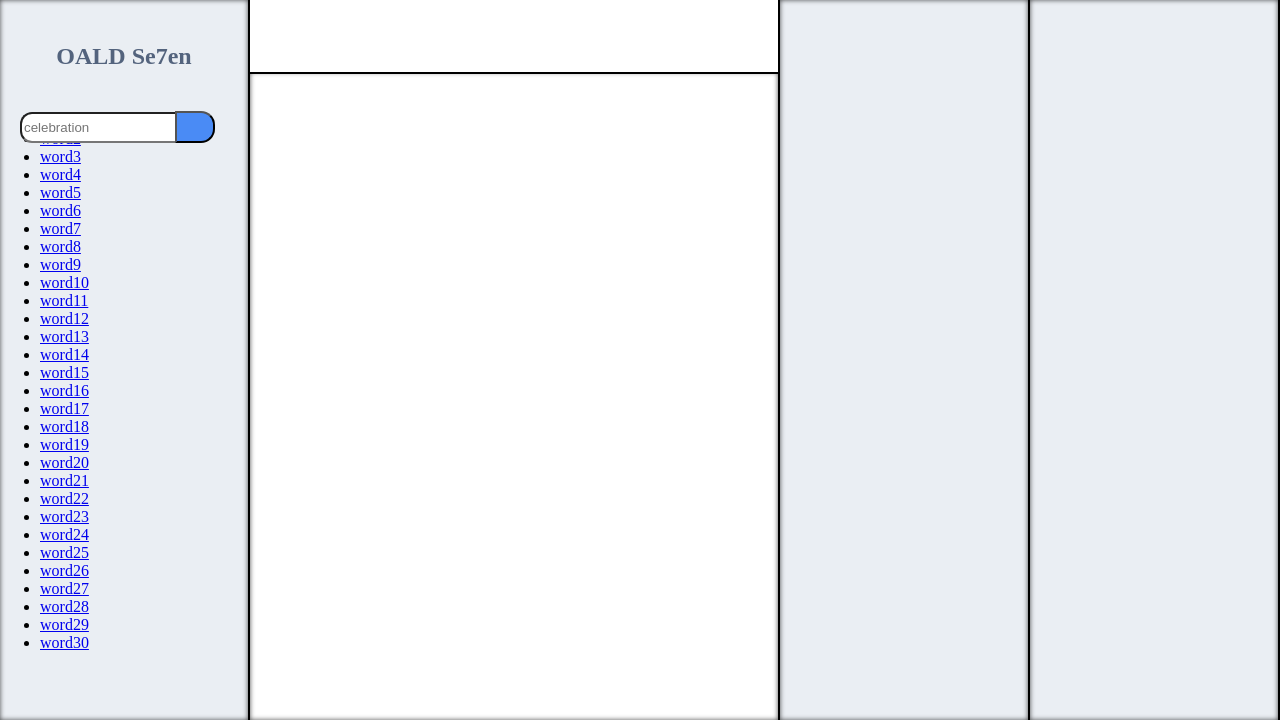
Repository: JJianZ/miao
Page: a.html
An editor plug-in stored every save of this project. The page is shown before and after the next save, followed by the edit.
The browser window is 1280 px wide. The pictures show the whole page.
An inner scrolling area shows only its first screen.

Above is the page before, as saved 2021-11-23 10:44:09.

### a.html
<!DOCTYPE html>
<html lang="en">
<head>
  <meta charset="UTF-8">
  <meta http-equiv="X-UA-Compatible" content="IE=edge">
  <meta name="viewport" content="width=device-width, initial-scale=1.0">
  <title>Document</title>
  <style>
    html,body {
      margin: 0;
      padding: 0;
      height: 100%;
    }

    div {
      /* width: 100%; */
      height: 100%;
      position: relative;
      min-width: 300px;
      overflow: auto;
    }
    div > * {
      box-shadow:0px 0px 5px rgba(0,0,0,0.7) inset;
    }
    aside {
      position: absolute;
      width: 250px;
      height: 100%;
      background-color: #eaeef3;
      border-right: black 2px solid;
      box-sizing: border-box;
    }
    h2 {
      position: relative;
      height: 72px;
      line-height: 72px;
      color: #53637d;
    }
    .first h2 {
      text-align: center;
    }
    .first input {
      position: absolute;
      height: 25px;
      width: 150px;
      left: 20px;
      border-radius: 12px 0  0  12px;
    }
    .first button {
      position: absolute;
      background-color: #4a8bf5;
      height: 32px;
      width: 40px;
      top: 111px;
      left: 175px;
      border-radius: 0 14px 14px 0;
    }

    header {
      position: absolute;
      left: 250px;
      height: 72px;
      right: 500px;
      line-height: 720px;
      border-bottom: black 2px solid;
      border-right: black 2px solid;
      box-shadow: none;
    }
    main {
      position: absolute;
      top: 72px;
      left: 250px;
      right: 500px;
      bottom: 0;
      border-right: black 2px solid;

    }
    .second {
      right: 250px;
    }
    .third {
      right: 0px;
    }
  </style>
</head>
<body>
  <div>
    <aside class="first">
      <h2>OALD Se7en</h2>
      <input type="text" placeholder="celebration">
      <button></button>
      <ul>
        <li><a href="#">word1</a></li>
        <li><a href="#">word2</a></li>
        <li><a href="#">word3</a></li>
        <li><a href="#">word4</a></li>
        <li><a href="#">word5</a></li>
        <li><a href="#">word6</a></li>
        <li><a href="#">word7</a></li>
        <li><a href="#">word8</a></li>
        <li><a href="#">word9</a></li>
        <li><a href="#">word10</a></li>
        <li><a href="#">word11</a></li>
        <li><a href="#">word12</a></li>
        <li><a href="#">word13</a></li>
        <li><a href="#">word14</a></li>
        <li><a href="#">word15</a></li>
        <li><a href="#">word16</a></li>
        <li><a href="#">word17</a></li>
        <li><a href="#">word18</a></li>
        <li><a href="#">word19</a></li>
        <li><a href="#">word20</a></li>
        <li><a href="#">word21</a></li>
        <li><a href="#">word22</a></li>
        <li><a href="#">word23</a></li>
        <li><a href="#">word24</a></li>
        <li><a href="#">word25</a></li>
        <li><a href="#">word26</a></li>
        <li><a href="#">word27</a></li>
        <li><a href="#">word28</a></li>
        <li><a href="#">word29</a></li>
        <li><a href="#">word30</a></li>
      </ul>
    </aside>
    <header></header>
    <main></main>
    <aside class="second"></aside>
    <aside class="third"></aside>
  </div>
</body>
</html>

After the next save:
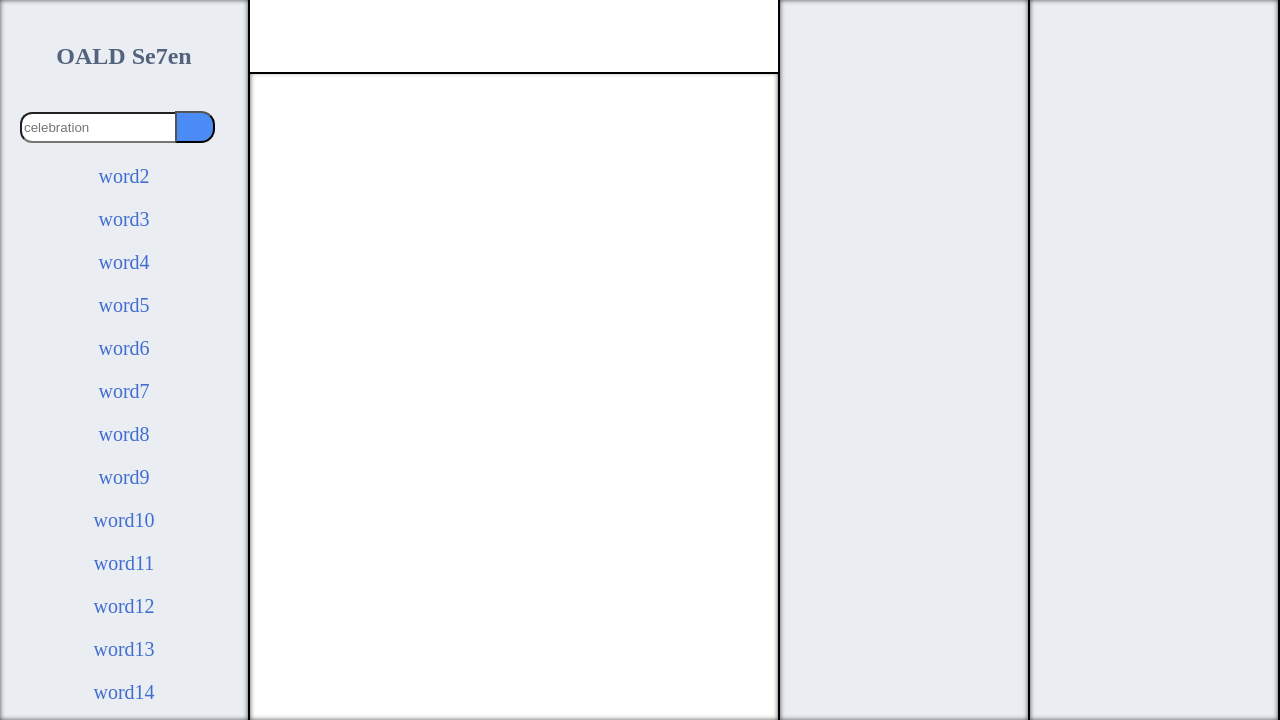
Saved 31 s later.
--- a/a.html
+++ b/a.html
@@ -55,7 +55,24 @@
       left: 175px;
       border-radius: 0 14px 14px 0;
     }
-
+    .first ul {
+      padding: 0;
+      list-style: none;
+      font-size: 20px;
+      text-align: center;
+      overflow: auto;
+    }
+    .first ul a {
+      color: #426dd0;
+      text-decoration: none;
+      display: inline-block;
+      padding: 10px 0;
+    }
+    .first ul a:hover {
+      width: 100%;
+      color: black;
+      background-color: #bbcee9;
+    }
     header {
       position: absolute;
       left: 250px;
